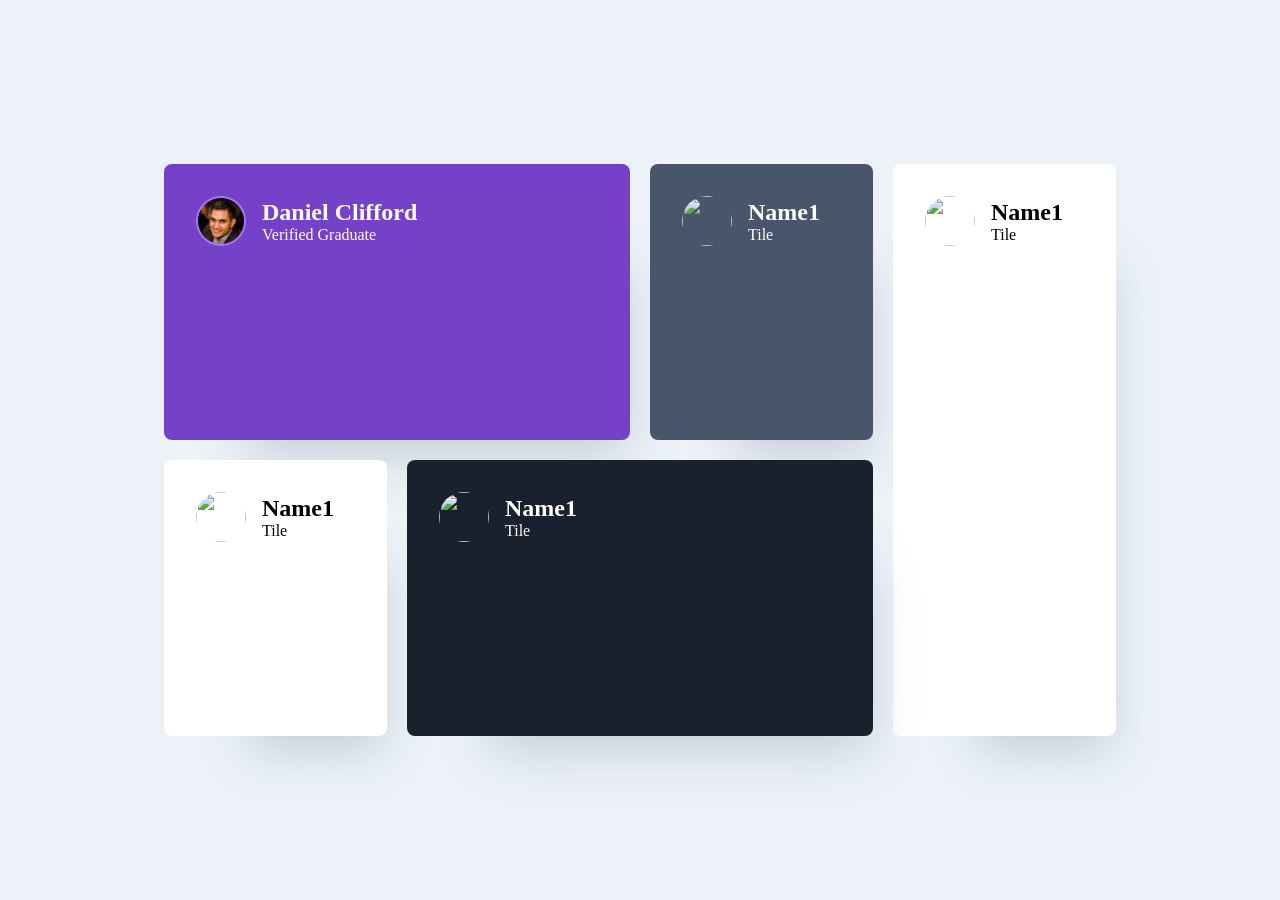
Repository: brandontaylor1/testimonial-card
Page: index.html
The author's editor kept a copy of each file at every save. The page is drawn from the files as they stood at one save, then again after the next save.
The browser window is 1280 px wide. The pictures show the whole page.

Above is the page before, as saved 2025-01-10 23:43:02.

After the next save:
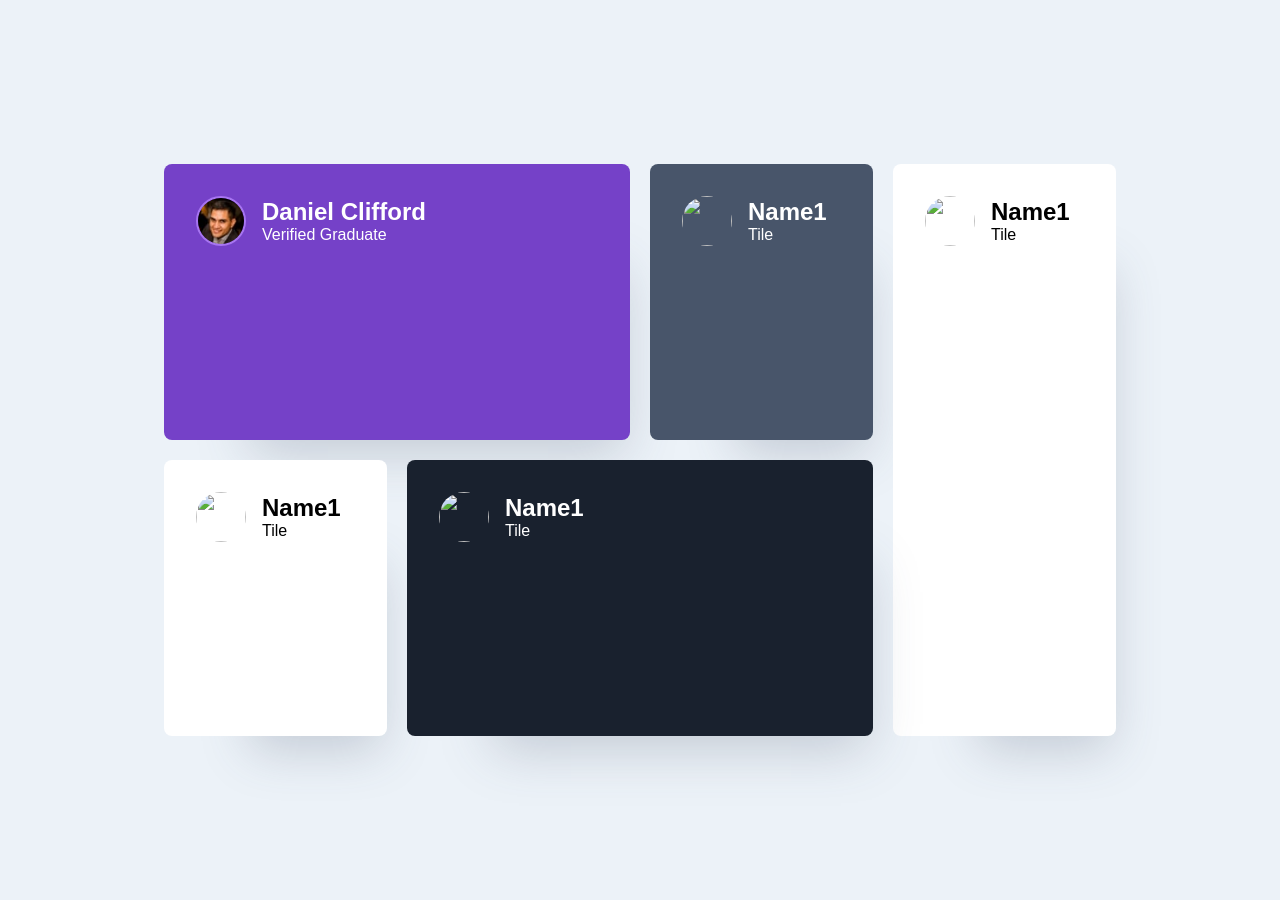
Saved 42 s later.
--- a/styles.css
+++ b/styles.css
@@ -17,7 +17,8 @@
 
 body {
     background-color: #ECF2F8;
-    padding: 164px
+    padding: 164px;
+    font-family: "Barlow", sans-serif;
 }
 
 .testimonial-grid {
